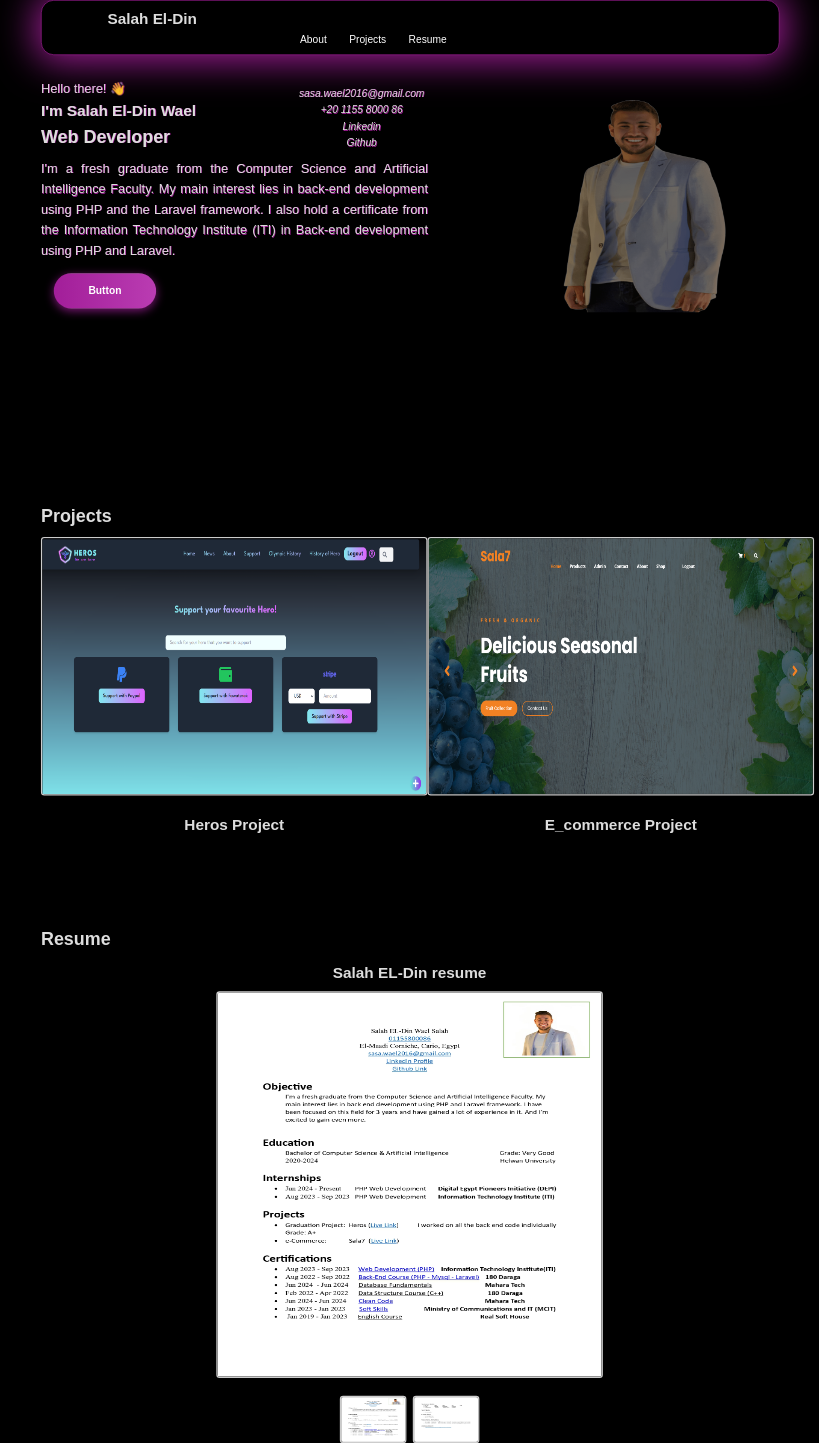
Repository: Salah-Wael/Salah-EL-Din-Portfolio
Page: index.html
The author's editor kept a copy of each file at every save. The page is drawn from the files as they stood at one save, then again after the next save.
The browser window is 1280 px wide. The pictures show the whole page, at 64% of full size.

Above is the page before, as saved 2024-07-28 04:01:20.

### index.html
<!DOCTYPE html>
<html lang="en">
<head>
  <meta charset="UTF-8">
  <meta name="viewport" content="width=device-width, initial-scale=1.0">
  <title>Salah EL-Din Portfolio</title>
  <link rel="stylesheet" href="./style.css">

</head>
<body>
  <header>
    <nav>
      <h1>Salah El-Din</h1>
      <ul>
        <li><a href="#about">About</a></li>
        <li><a href="#projects">Projects</a></li>
        <li><a href="#resume">Resume</a></li>
      </ul>
    </nav>
  </header>
  <section id="about">
    <div class="about">
      <div class="content">
        <div class="info">
          <div class="intro">
            <p>Hello there! 👋</p>
            <h1>I'm Salah El-Din Wael</h1>
            <h2>Web Developer</h2>
          </div>
          <div class="contact">
            <address>
              <a href="mailto:sasa.wael2016@gmail.com">sasa.wael2016@gmail.com</a><br>
              <a href="https://api.whatsapp.com/send/?phone=%2B201155800086" target="_blank">+20 1155 8000 86</a><br>
              <a href="https://www.linkedin.com/in/salah-eldin" target="_blank">Linkedin</a><br>
              <a href="https://github.com/Salah-Wael" target="_blank">Github</a><br>
            </address>
          </div>
        </div>
          <p>I'm a fresh graduate from the Computer Science and Artificial Intelligence Faculty.
          My main interest lies in back-end development using PHP and the Laravel framework.
          I also hold a certificate from the Information Technology Institute (ITI) in Back-end development using PHP and Laravel.</p>
        <a href=""><button class="bn632-hover bn22">Button</button></a>


      </div>
      <div class="main-img">
        <img src="./img/me/sasag.png" alt="Salah EL-Din">
      </div>
    </div>
  </section>
  <section id="projects">

    <h2>Projects</h2>
    <div class="projects">
      <div class="projects-container">
        <a href="https://heros.rf.gd/" target="_blank">
          <div class="project">
            <div class="image-display">
              <img id="heros" src="img/projects/heros registration.png" alt="heros registration">
            </div>
            <h3>Heros Project</h3>
          </div>
        </a>
      </div>
      <div class="projects-container">
        <a href="https://sala7.great-site.net/" target="_blank">
          <div class="project">
            <div class="image-display">
              <img id="ecommerce" src="img/projects/ecommerce home.png" alt="Sala7 E_commerce">

            </div>
            <h3>E_commerce Project</h3>
          </div>
        </a>
      </div>
    </div>
  </section>
  <section id="resume">
    <h2>Resume</h2>
    <div class="cv-container">
      <div class="project">
        <h3>Salah EL-Din resume</h3>
        <div class="image-display">
          <img id="CV" src="img/CV/Salah EL-Din resume_page-0001.jpg" alt="Salah EL-Din resume">
        </div>
        <div class="thumbnails">
          <img src="img/CV/Salah EL-Din resume_page-0001.jpg" alt="Salah EL-Din resume"
          onclick="swapImage('img/CV/Salah EL-Din resume_page-0001.jpg')">

          <img src="img/CV/Salah EL-Din resume_page-0002.jpg" alt="Salah EL-Din resume"
          onclick="swapImage('img/CV/Salah EL-Din resume_page-0002.jpg')">

        </div>
      </div>
    </div>
  </section>
</body>

<script>
    document.addEventListener('DOMContentLoaded', (event) => {
      const herosImages = [
        'img/projects/heros registration.png',
        'img/projects/heros create news.png',
        'img/projects/heros payment.png'
      ];
      const ecommerceImages = [
        'img/projects/ecommerce home.png',
        'img/projects/products.png'
      ];

      let currentHerosIndex = 0;
      const herosImage = document.getElementById('heros');

      function swapHerosImage() {
        currentHerosIndex = (currentHerosIndex + 1) % herosImages.length;
        herosImage.src = herosImages[currentHerosIndex];
      }
      setInterval(swapHerosImage, 2000); // Change image every 2 seconds

      let currentEcommerceIndex = 0;
      const ecommerceImage = document.getElementById('ecommerce');

      function swapEcommerceImage() {
        currentEcommerceIndex = (currentEcommerceIndex + 1) % ecommerceImages.length;
        ecommerceImage.src = ecommerceImages[currentEcommerceIndex];
      }

      setInterval(swapEcommerceImage, 2000); // Change image every 2 seconds
    });



    function swapImage(newSrc) {
      document.getElementById('CV').src = newSrc;
    }
  </script>
</html>

### style.css
/* Reset some basic styles */
*{
  margin: 0;
  padding: 0;
  list-style: none;
  text-decoration: none;
  color:#dddddd;
  font-family: Arial, sans-serif;
}

/* General body styling */
body {
  font-family: Arial, sans-serif;
  line-height: 1.6;
  background-color: black;
}

/* Styling for navigation bar */
header{
  height: 10vh;
  width: 100%;

}

:root {
  --main-color: #a21e99;
  --secondary-color: #2ecc71;
  --font-size: 16px;
}

nav {
  background-color: black;
  border: 1px solid var(--main-color) ;
  box-shadow: 1px 1px 60px 8px var(--main-color) ;
  z-index: 1;
  border-radius: 20px;
  color: white;
  width: 90%;
  margin-left: 5%;
  display: flex;
  flex-wrap: wrap;
  justify-content: space-between;
  align-items: center;
  padding: 10px 0px;
  margin-bottom: 50px;
  position: fixed;
}

nav h1 {
  width: 30%;
  text-align: center;
  font-size: 24px;
}

nav ul {
  display: flex;
  justify-content: center;
  width: 90%;
  gap: 15px;
}

nav ul li {
  list-style: none;
}

nav ul li a {
  color: white;
  text-decoration: none;
  padding: 5px 10px;
}

nav ul li a:hover {
  color: var(--main-color);
  transition: 0.5s;
}

/* Section styling */
section {
  /* padding: 20px; */
  margin-top: 50px;
  width: 90%;
  margin-left: 5%;
  height: 85vh;
}

section h2 {
  font-size: 28px;
  margin-bottom: 10px;
}

section p {
  font-size: 24px;
}

/* about section styling */
.about{
  display: flex;
  justify-content: space-around;
  align-items: center;
  margin: 0, 20px, 20px, 20px;
}

.about .content{
  width: 70%;
  height: 100%;
}

.about .content{
  text-shadow: 1px 1px 1px #a21e99;
}

.about .content .info{
  display: flex;
  flex-wrap: wrap;
  align-items: center;
}

.about .content .info .intro{
  width: 50%;
}

.contact{

}

.contact address{
  text-align: center;
}

.about div p{
  width: 75%;
  font-size: 20px;
  text-align: justify;
}

.bn632-hover {
  width: 160px;
  font-size: 16px;
  font-weight: 600;
  color: #fff;
  cursor: pointer;
  margin: 20px;
  height: 55px;
  text-align:center;
  border: none;
  background-size: 300% 100%;
  border-radius: 50px;
  moz-transition: all .4s ease-in-out;
  -o-transition: all .4s ease-in-out;
  -webkit-transition: all .4s ease-in-out;
  transition: all .4s ease-in-out;
}

.bn632-hover:hover {
  background-position: 100% 0;
  moz-transition: all .4s ease-in-out;
  -o-transition: all .4s ease-in-out;
  -webkit-transition: all .4s ease-in-out;
  transition: all .4s ease-in-out;
}

.bn632-hover:focus {
  outline: none;
}

.bn632-hover.bn22 {
  background-image: linear-gradient(
    to right,
    #a21e99,
    #ba3cb2,
    #dd30d8,
    #b62bb6
  );
  box-shadow: 0 4px 15px 0 rgba(162, 30, 153, 0.75);
}

.about .main-img{
  width: 30%;
  height: 100%;

}

.about div img{
  width: 300px;
  height: 300px;
  animation: salah 2s linear infinite;
  -webkit-animation: salah 2s linear infinite;
  /* box-shadow: 1px 1px 1px 0px rgba(162, 30, 153, 0.75) ; */

}

@keyframes salah {
  0%{
    opacity: 0;
    transform: scale(0.5);

  }
  50%{
    opacity: 0.5;
    transform: scale(1.2);
  }

  100%{
    opacity: 1;
    transform: scale(1);
  }
}


/* Projects section styling */
.projects{
  display: flex;
  justify-content: space-evenly;
}

.projects-container {
  display: flex;
  gap: 20px;
  flex-wrap: wrap;
  justify-content: center;
}
.cv-container {
  display: flex;
  gap: 20px;
  flex-wrap: wrap;
  justify-content: center;
}

.project {
  text-align: center;
}

.project h3 {
  font-size: 24px;
  margin-bottom: 10px;
}

.image-display {
  margin-bottom: 20px;

}

#projects .image-display img {
  width: 600px;
  height: 400px;
  border: 2px solid #ccc;
  border-radius: 5px;
  box-shadow: 0 2px 5px rgba(0, 0, 0, 0.1);
}

#resume{
  height: 110vh;
}
#resume .image-display img {
  width: 600px;
  height: 600px;
  border: 2px solid #ccc;
  border-radius: 5px;
  box-shadow: 0 2px 5px rgba(0, 0, 0, 0.1);
}

.thumbnails {
  display: flex;
  gap: 10px;
  justify-content: center;
}

.thumbnails img {
  width: 100px;
  height: 70px;
  border: 2px solid #ccc;
  border-radius: 5px;
  cursor: pointer;
  transition: border-color 0.3s ease;
}

.thumbnails img:hover {
  border-color: #333;
}

After the next save:
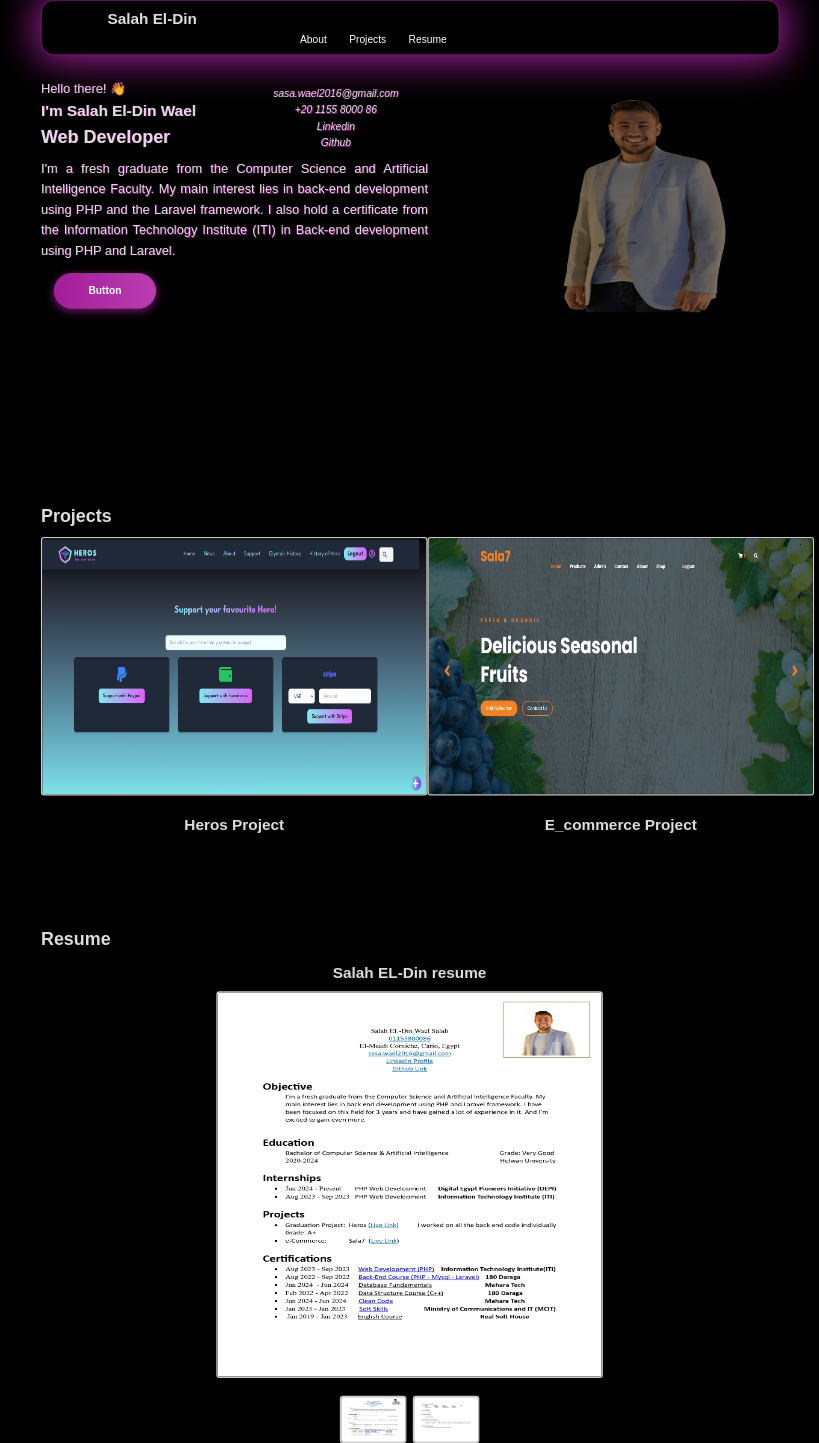
Saved 61 s later.
--- a/style.css
+++ b/style.css
@@ -116,7 +116,7 @@ section p {
 }
 
 .about .content .info .intro{
-  width: 50%;
+  width: 45%;
 }
 
 .contact{
